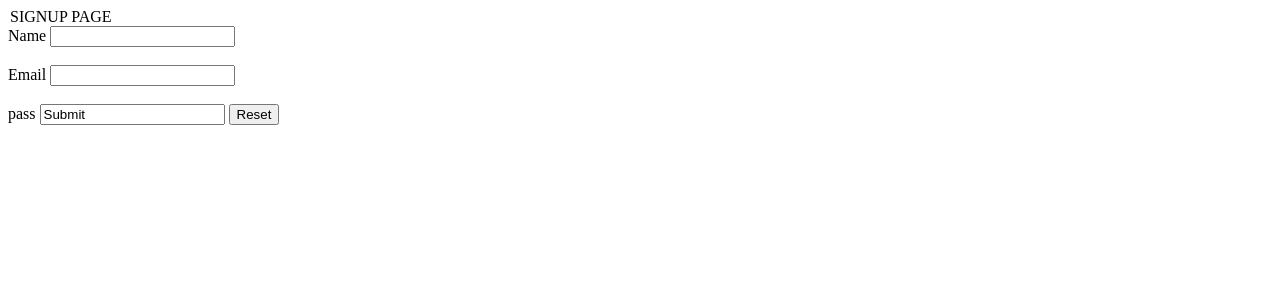
Repository: Altafalinadaf/SimpleProjects
Page: servletDemo6/src/main/webapp/index.html
An editor plug-in stored every save of this project. The page is shown before and after a run of saves, followed by the edit.
The browser window is 1280 px wide. The pictures show the whole page.

Above is the page before, as saved 2023-10-31 05:48:16.

After the next 2 saves:
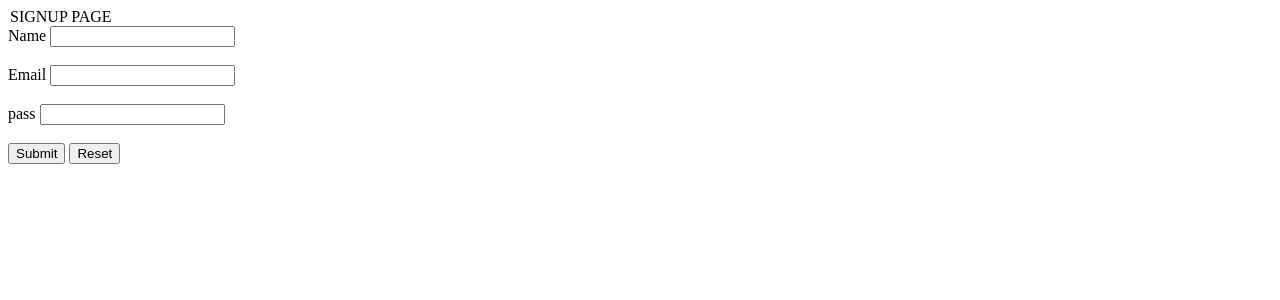
The 2 saves are shown as one change because they came seconds apart.
The last was saved 48 s later.
--- a/servletDemo6/src/main/webapp/index.html
+++ b/servletDemo6/src/main/webapp/index.html
@@ -16,7 +16,10 @@
 			<label for="email id">Email</label>
 			<input type="text" name="email" id="email id" /> <br /> <br />
 			<label for="password">pass</label>
-			<input type="text" name="pass" id="password" <input type="submit" value="Submit" />
+			<input type="text" name="pass" id="password" /> <br /> <br />
+
+			<input type="submit" value="Submit" />
+
 			<input type="reset" value="Reset" />
 
 		</field set>
